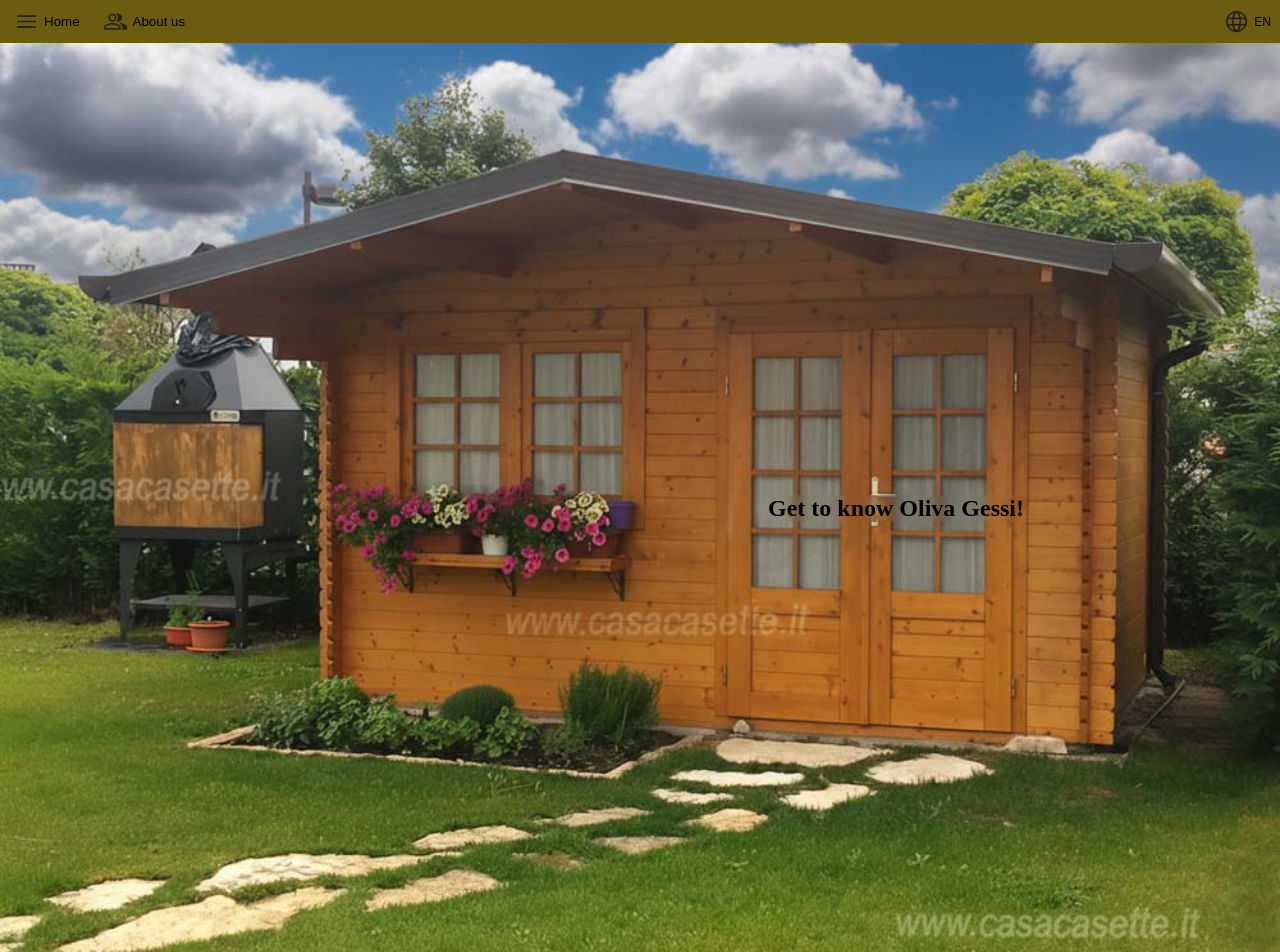
Repository: Seaside-Jokers/Oliva-gessi
Page: index.html
These files come from the project's save history. The page is drawn as it stood at one moment and after the next save; the edit follows.
The browser window is 1280 px wide. The pictures show the part of the page from y = 0 to 952 px (the page is 2010 px tall).

Above is the page before, as saved 2026-02-17 01:20:00.

After the next save:
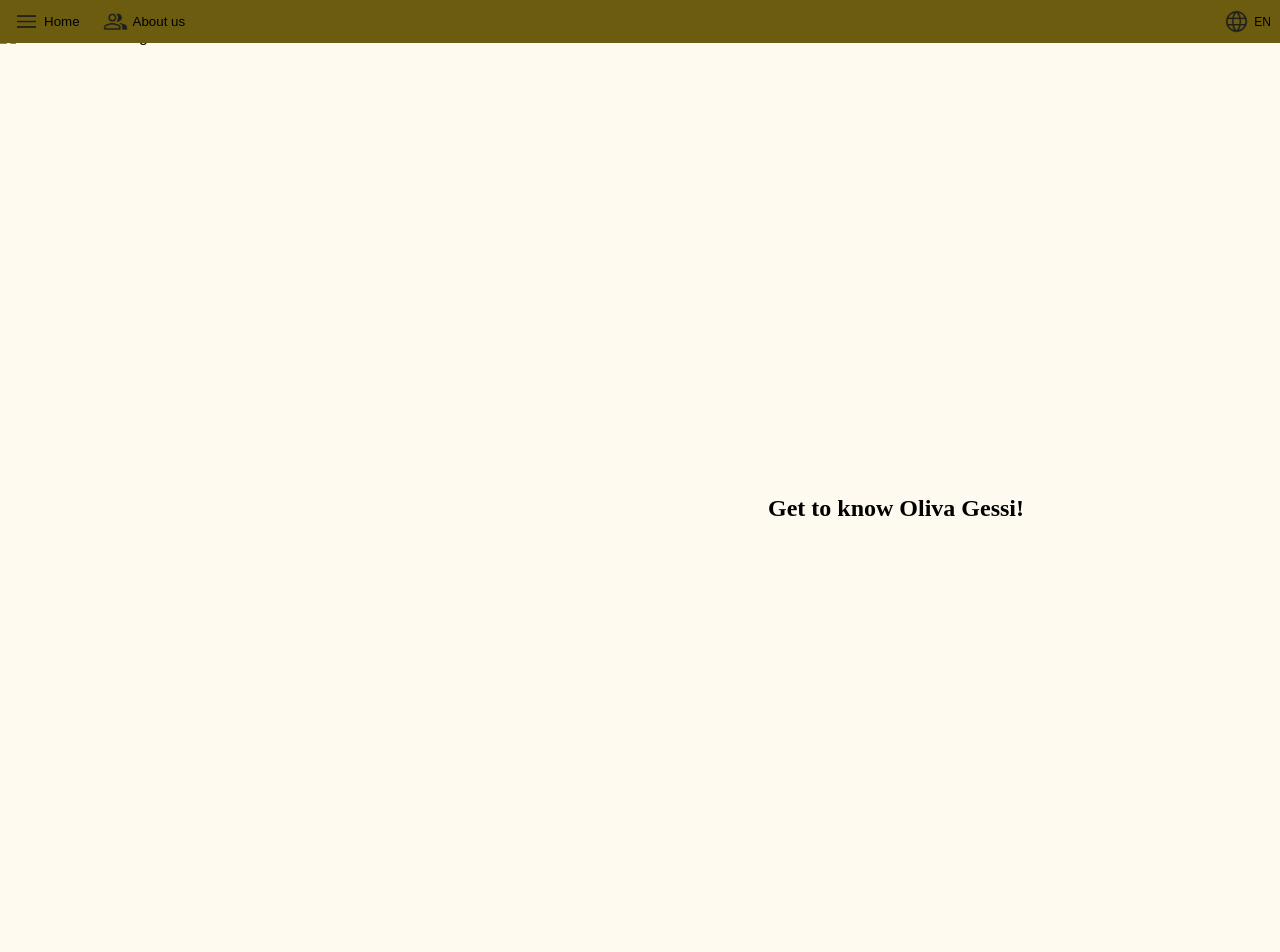
Not found: assets/prova_dettaliata.jpg
Saved 5 s later.
--- a/index.html
+++ b/index.html
@@ -57,7 +57,7 @@
     <!-- ======================================================================= -->
     <div class="container spaced">
         <!-- Prova dettagliata -->
-        <img src="assets/prova_dettagliata.jpg" data-key="titolo_img" alt="Logo Oliva Gessi" class="immagine">
+        <img src="assets/prova_dettaliata.jpg" data-key="titolo_img" alt="Logo Oliva Gessi" class="immagine">
         <h2 data-key="titolo" id="titolotxt" class="blurry">Vieni a conoscere Oliva Gessi!</h2>
     </div>
     <p data-key="testo_introduzione" class="text"></p>

After the save that followed:
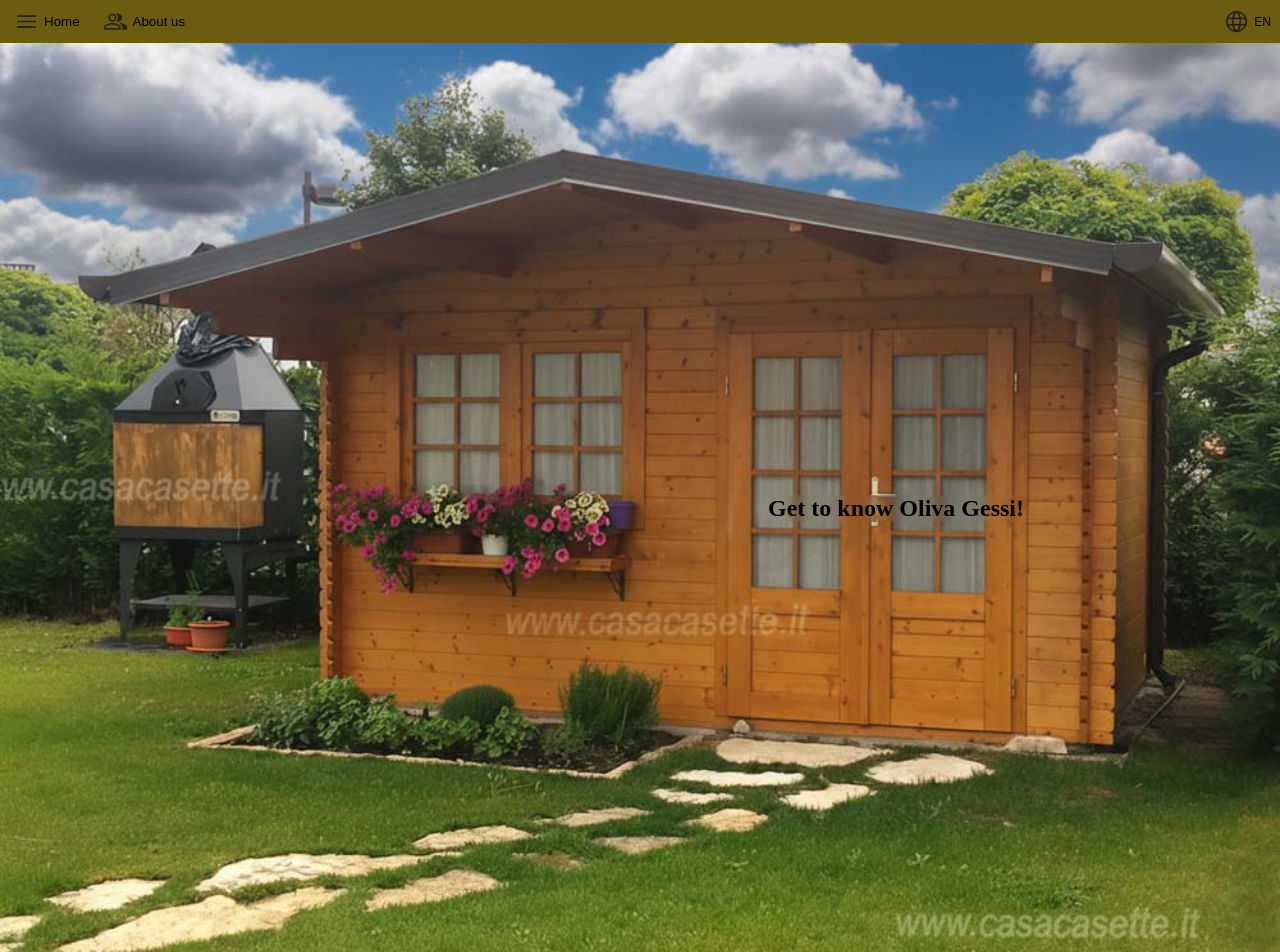
Saved 4 s later.
--- a/index.html
+++ b/index.html
@@ -57,7 +57,7 @@
     <!-- ======================================================================= -->
     <div class="container spaced">
         <!-- Prova dettagliata -->
-        <img src="assets/prova_dettaliata.jpg" data-key="titolo_img" alt="Logo Oliva Gessi" class="immagine">
+        <img src="assets/prova_dettagliata.jpg" data-key="titolo_img" alt="Logo Oliva Gessi" class="immagine">
         <h2 data-key="titolo" id="titolotxt" class="blurry">Vieni a conoscere Oliva Gessi!</h2>
     </div>
     <p data-key="testo_introduzione" class="text"></p>
